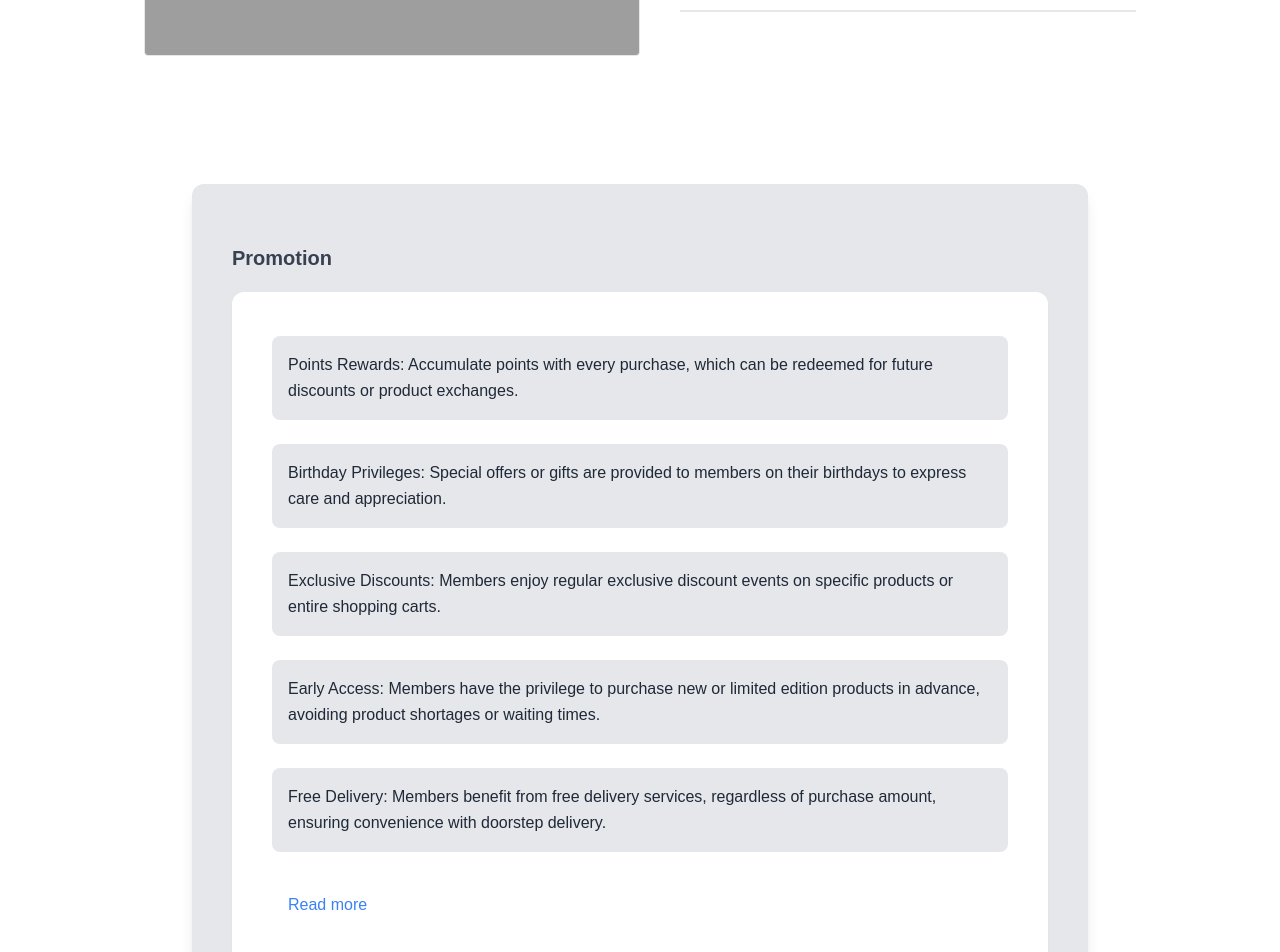
Repository: Harris132451/Final-Project-eShop
Page: /products/0.6MM THINLY WRAPPED PORK DUMPLING
An editor plug-in stored every save of this project. The page is shown before and after the next save, followed by the edit.
The browser window is 1280 px wide. The pictures show the part of the page from y = 838 to 1790 px (the page is 2191 px tall before and 2184 px after).
Pictures or frames that could not be fetched are drawn as grey boxes. The page's requests for data from a server got no answer. The project was rebuilt for these pictures with package versions that can differ from the ones it lists, and the page was loaded fresh each time. No one was signed in, and anything a server would have sent is missing. Also part of the build but not shown: src/Page/Component/controlNum.js, src/Page/Component/PCinCart.js, src/Page/Component/SC.js, src/Page/Component/Slider.js, src/Page/Component/Loading/Loader.css, src/Page/Home.js, src/Page/Component/TPinCart.js, src/Page/Checkout.js and 5 more.

Above is the page before, as saved 2024-04-14 23:43:53.

### src/Page/Footer.js
function Footer() {
  return (
    <>
      <div className="bg-blue-600 flex flex-wrap flex-col sm:flex-row justify-center content-center px-4 sm:px-6 lg:px-8 font-medium">
        <div className="my-1 mx-2 ">
          <h2 className="text-xl font-bold">Company</h2>
          <p>About us</p>
          <p>Return Policy</p>
          <p>Delivery Methods</p>
          <p>FAQ</p>
        </div>
        <div className="my-1 mx-2">
          <h2 className="text-xl font-bold">Contacts</h2>
          <p>📞 12345678</p>
          <p>✉️ test@test.com</p>
        </div>
        <div className="my-1 mx-2">
          <h2 className="text-xl font-bold">Location:</h2>
          <p>
            Unit 03, 7/F, Millennium Trade Centre, <br />
            56 Kwai Cheong Road, Kwai Chung, NT
          </p>
        </div>
        <iframe
          className="mx-4 my-1"
          title="googleMap"
          src="https://www.google.com/maps/embed?pb=!1m18!1m12!1m3!1d1844.869820108395!2d114.13131213825925!3d22.363457675390126!2m3!1f0!2f0!3f0!3m2!1i1024!2i768!4f13.1!3m3!1m2!1s0x3403f899dc5c5b03%3A0xee9460f1d7de935e!2z6JG15raM6JG15piM6LevNTbomZ_osr_mmJPkuYvpg70!5e0!3m2!1szh-TW!2shk!4v1712110406039!5m2!1szh-TW!2shk"
          width="200"
          height="200"
          loading="lazy"
          allowFullScreen=""
          referrerPolicy="no-referrer-when-downgrade"
        ></iframe>
      </div>
    </>
  );
}

export default Footer;

### src/Page/ProductPage.js
import React, { useState, useEffect } from "react";
import { Link, useParams } from 'react-router-dom';
import { item } from './Component/product';
import withLoader from "./Component/withLoader"
import Breadcrumb from "./Component/Breadcrumb"
import deliver from "./deliver-food-svgrepo-com.svg"
import gift from "./gift-svgrepo-com.svg"
import ProductPromotion from "./Component/productPromotion";

const ProductPage = (props) => {
  const [amount, setAmount] = useState(1);
  const { productPage } = useParams();
  const decodedProductPage = decodeURIComponent(productPage);
  const product = item.find((i) => i.name === decodedProductPage);

  if (!product) {
    return <div>Product not found</div>;
  }

  const breadcrumbItems = [
    { text: 'Home', href: '/' },
    { text: product.bigcategories, href: `/${product.bigcategories}` },
    { text: product.smallcategories, href: `/product/${product.smallcategories}` },
    { text: product.name }
  ];

  return (
    <section className="text-gray-700 overflow-hidden bg-white font-[sans-serif]">

      <div className="container px-5 py-24 mx-auto">
      <div className="text-4xl font-extrabold text-gray-800 mb-12">
        <Breadcrumb items={breadcrumbItems} />
      </div>
        <div className="lg:w-4/5 mx-auto flex flex-wrap">
          <img
            alt="ecommerce"
            className="lg:w-1/2 w-full object-cover object-center rounded border border-gray-200"
            src={product.picture}
          />
          <div className="lg:w-1/2 w-full lg:pl-10 lg:py-6 mt-6 lg:mt-0">
            <h2 className="text-sm title-font text-gray-500 tracking-widest">{product.bigcategories}</h2>
            <h1 className="text-gray-900 text-3xl title-font font-medium mb-1">{product.name}</h1>
            <div className="flex mb-4">
              <Link className="text-gray-600 ml-3">4 Reviews</Link>
            </div>
            <p className="leading-relaxed">Fam locavore kickstarter distillery. Mixtape chillwave tumeric sriracha taximy chia microdosing tilde DIY. XOXO fam indxgo juiceramps cornhole raw denim forage brooklyn. Everyday carry +1 seitan poutine tumeric. Gastropub blue bottle austin listicle pour-over, neutra jean shorts keytar banjo tattooed umami cardigan.</p>
            <div className="flex mt-6 items-center pb-5 border-b-2 border-gray-200 mb-5">
              <div className="flex">
                <span className="mr-3">Unit</span>
                <span className="mr-4">{product.unit}</span>
              </div>
            </div>
            <div className="flex mt-6 items-center pb-5 border-b-2 border-gray-200 mb-5">
              <span className="title-font font-medium text-2xl text-gray-900">${product.price}</span>
              <button className="flex ml-auto text-white bg-blue-500 border-0 py-2 px-6 focus:outline-none rounded hover:bg-white hover:text-blue-500 hover:border-blue-500 hover:scale-110 transition duration-300 ease-in-out"
               onClick={() => {
                let newData = { ...props.items };
                let acn = props.Account;
                console.log(newData);
                if (acn) {
                  let PNameArr = [];
                  newData[acn]["Cart"].forEach((c) => {
                    PNameArr.push(c.name);
                  });
                  console.log(PNameArr);
                  if (PNameArr.includes(product.name)) {
                    for (
                      let i = 0;
                      i < newData[acn]["Cart"].length;
                      i++
                    ) {
                      if (newData[acn]["Cart"][i].name === product.name) {
                        newData[acn]["Cart"][i].qty += 1;
                        props.updateCart(newData[acn]["Cart"][i]);
                      }
                    }
                  } else {
                    props.updateCart(product);
                  }
                }
                props.updateIsOpenCart(true);
              }} >Add to cart</button>
            </div>
            <div className="flex items-center justify-between mt-6 pb-5 border-b-2 border-gray-200 mb-5">
              <div className="flex items-center space-x-2">
                <img src={deliver} alt="deliver" className="w-5 h-5"/>
                <span>Home Delivery</span>
              </div>
              <div className="flex items-center space-x-2">
                <img src={gift} alt="gift" className="w-7 h-7"/>
                <span>Click & Collect</span>
              </div>
            </div>

          </div>
        </div>
      </div>

      <div className="flex flex-col items-center justify-center mt-8 space-y-8">
        <div className="container px-10 py-10 mx-auto bg-gray-200 shadow-lg max-w-4xl truncate inline-block rounded-xl">
          <h2 className="text-xl font-semibold py-5">Promotion</h2>
          <ProductPromotion />
        </div>
        <div className="text-lg font-semibold">Description</div>
        <div className="text-lg font-semibold">Reviews</div>
      </div>

    </section>
  );
};

export default withLoader(ProductPage);

### src/Page/Component/ScrollBtn.js
import React, { useState } from "react";
import { FaArrowCircleUp } from "react-icons/fa";

const ScrollButton = () => {
  const [visible, setVisible] = useState(false);

  const toggleVisible = () => {
    const scrolled = document.documentElement.scrollTop;
    if (scrolled > 300) {
      setVisible(true);
    } else if (scrolled <= 300) {
      setVisible(false);
    }
  };

  const scrollToTop = () => {
    window.scrollTo({
      top: 0,
      behavior: "smooth",
      /* you can also use 'auto' behaviour
		in place of 'smooth' */
    });
  };

  window.addEventListener("scroll", toggleVisible);

  return (
    <button className="fixed  right-8 bottom-4 h-20 text-5xl z-10 cursor-pointer text-blue-300">
      <FaArrowCircleUp
        onClick={scrollToTop}
        style={{ display: visible ? "inline" : "none" }}
      />
    </button>
  );
};

export default ScrollButton;

### src/firebase/firebase.js
// Import the functions you need from the SDKs you need
import { initializeApp } from "firebase/app";
/* import { getAnalytics } from "firebase/analytics"; */
import { getAuth } from "firebase/auth";
// TODO: Add SDKs for Firebase products that you want to use
// https://firebase.google.com/docs/web/setup#available-libraries

// Your web app's Firebase configuration
// For Firebase JS SDK v7.20.0 and later, measurementId is optional

import { getFirestore } from "firebase/firestore";

const firebaseConfig = {
  apiKey: "AIzaSyAlfQxAV01MKSUnffMtmq6bTksAcXSNuSA",
  authDomain: "generation-group-eshop.firebaseapp.com",
  projectId: "generation-group-eshop",
  storageBucket: "generation-group-eshop.appspot.com",
  messagingSenderId: "551318279692",
  appId: "1:551318279692:web:44d464660b5437ef994029",
  measurementId: "G-LWZBK7E1JY",
};

// Initialize Firebase
export const app = initializeApp(firebaseConfig);
/* const analytics = getAnalytics(app); */

// Initialize Firebase Authentication and get a reference to the service
export const auth = getAuth(app);

export const db = getFirestore(app);

### src/Page/Component/Weather.js
function Weather(props) {
  const temperature = props.temperature;
  const weather = props.weather;

  return (
    <>
      <div className="flex mr-6 sm:mr-3">
        <div class="mr-1 mt-0.5 text-xl text-white sm:text-lg sm:mt-0">
          {temperature}°C
        </div>
        <div className="h-8 w-8 sm:h-7 sm:w-7">
          {weather === "normal" && <img src="normal.png" alt="normal" />}
          {weather === "cold" && <img src="cold.png" alt="cold" />}
          {weather === "hot" && <img src="hot.png" alt="hot" />}
        </div>
      </div>
    </>
  );
}

export default Weather;

### src/Page/Component/input.js
import { useEffect, useState, useRef } from "react";
import { item } from "./product.js";

function NameButton(n) {
  console.log(n);
}

const Inputbox = function () {
  const [Word, setWord] = useState("");
  const [BtnWord, setBtnWord] = useState("");
  const [IsBtnVisible, setIsBtnVisible] = useState(false);
  const [IsSerachBtn, setIsSerachBtn] = useState(false);
  const [ResultName, setResultName] = useState([]);
  const [BtnResultName, setBtnResultName] = useState([]);
  const [windowWidth, setWindowWidth] = useState(window.innerWidth);
  function InputName(name) {
    setWord(name.target.value);
  }
  function InputBtnName(name) {
    setBtnWord(name.target.value);
  }
  useEffect(() => {
    const InputKey = Word.replace(" ", "").toLowerCase();
    const NameArr = [];
    item.map((p) => {
      if (
        p.name.replace(" ", "").toLowerCase().indexOf(InputKey) !== -1 &&
        InputKey !== ""
      ) {
        NameArr.push(p.name);
      }
    });
    setIsBtnVisible(true);
    setResultName(NameArr);
  }, [Word]);

  useEffect(() => {
    const InputKey = BtnWord.replace(" ", "").toLowerCase();
    const NameArr = [];
    item.map((p) => {
      if (
        p.name.replace(" ", "").toLowerCase().indexOf(InputKey) !== -1 &&
        InputKey !== ""
      ) {
        NameArr.push(p.name);
      }
    });
    setBtnResultName(NameArr);
  }, [BtnWord]);

  const inputRef = useRef(null);
  useEffect(() => {
    const handleClickOutside = (event) => {
      if (inputRef.current && !inputRef.current.contains(event.target)) {
        setBtnWord("");
        setBtnResultName([]);
        setWord("");
        setResultName([]);
        setIsBtnVisible(false);
        setIsSerachBtn(false);
      }
    };

    document.addEventListener("mousedown", handleClickOutside);

    return () => {
      document.removeEventListener("mousedown", handleClickOutside);
    };
  }, [inputRef]);

  useEffect(() => {
    const handleResize = () => {
      setWindowWidth(window.innerWidth);
    };
    window.addEventListener("resize", handleResize);
    if (window.innerWidth >= 1024) {
      setIsSerachBtn(false);
      setBtnWord("");
      setBtnResultName([]);
    } else {
      setWord("");
      setResultName([]);
    }
    return () => {
      window.removeEventListener("resize", handleResize);
    };
  }, [window.innerWidth]);

  return (
    <>
      <div class="flex lg:border-solid">
        <div>
          <div class="pt-5 h-auto w-6 m-2 hidden lg:block">
            <img src="/SerachBtn.png" />
          </div>
        </div>
        <div class="pt-7 block lg:hidden z-50">
          <button
            onClick={() => {
              setIsSerachBtn(!IsSerachBtn);
            }}
          >
            <div class="h-auto w-6 ml-2 ">
              <img src="/SerachBtn.png" />
            </div>
          </button>
          {IsSerachBtn && window.innerWidth < 1024 && (
            <div class="flex flex-col pt-2 ">
              <div class="bg-white rounded-md shadow-lg">
                <div class="flex flex-wrap">
                  <input
                    ref={inputRef}
                    onChange={(b) => InputBtnName(b)}
                    class="h-8 w-72 m-1 p-2 border rounded-md border-blue-900"
                  ></input>
                  {BtnResultName.length > 0 && (
                    <div class="overflow-scroll h-96">
                      {BtnResultName.map((n) => {
                        return (
                          <button
                            key={n}
                            onClick={() => NameButton(n)}
                            class="w-72 m-1 p-2 rounded-md text-blue-900 hover:bg-blue-200"
                          >
                            <div class="text-left">{n}</div>
                          </button>
                        );
                      })}
                    </div>
                  )}
                </div>
              </div>
            </div>
          )}
        </div>
        {window.innerWidth >= 1024 && (
          <div class="flex flex-col pt-6 ">
            <input
              ref={inputRef}
              onChange={(b) => InputName(b)}
              class="w-72 border-2 border-blue-700  rounded-full bg-blue-800 text-white px-5 opacity-80 text-lg"
            ></input>
            {ResultName.length > 0 && IsBtnVisible && (
              <div class="bg-white z-50 rounded-md shadow-lg pt-2 ">
                <div class="flex flex-wrap">
                  <div class="overflow-scroll h-96">
                    {ResultName.map((n) => {
                      return (
                        <button
                          key={n}
                          onClick={() => NameButton(n)}
                          class="w-96 m-1 p-2 rounded-md text-blue-900 hover:bg-blue-200"
                        >
                          <div class="text-left">{n}</div>
                        </button>
                      );
                    })}
                  </div>
                </div>
              </div>
            )}
          </div>
        )}
      </div>
    </>
  );
};

export default Inputbox;

### src/Page/Component/categoriesData.js
export const categories =
[
    {
     "id": 1,
     "Name": "Drink",
     "Parent": 1
    },
    {
     "id": 2,
     "Name": "Snack",
     "Parent": 2
    },
    {
     "id": 3,
     "Name": "Chilled",
     "Parent": 3
    },
    {
     "id": 4,
     "Name": "liquor",
     "Parent": 1
    },
    {
     "id": 5,
     "Name": "water",
     "Parent": 1
    },
    {
     "id": 6,
     "Name": "Ready-to-drink tea, coffee, milk tea",
     "Parent": 1
    },
    {
     "id": 7,
     "Name": "Milk and cheese drinks",
     "Parent": 1
    },
    {
     "id": 8,
     "Name": "Japanese & Korea Snack",
     "Parent": 2
    },
    {
     "id": 9,
     "Name": "Chocolate",
     "Parent": 2
    },
    {
     "id": 10,
     "Name": "Meat Snack",
     "Parent": 2
    },
    {
     "id": 11,
     "Name": "Chinese Bakery & Egg Roll",
     "Parent": 2
    },
    {
     "id": 12,
     "Name": "Seafood",
     "Parent": 3
    },
    {
     "id": 13,
     "Name": "Meat",
     "Parent": 3
    },
    {
     "id": 14,
     "Name": "Vegetarian",
     "Parent": 3
    },
    {
     "id": 15,
     "Name": "Dumpling",
     "Parent": 3
    }
   ]

### src/Page/Component/withLoader.js
import React, { useState, useEffect } from 'react';
import Loader from './Loading/Loader';

const withLoader = (WrappedComponent) => {
  return (props) => {
    const [isLoading, setIsLoading] = useState(true);

    useEffect(() => {
      const timer = setTimeout(() => {
        setIsLoading(false);
      }, 1000);

      return () => {
        clearTimeout(timer);
      };
    }, []);

    return (
      <div>
        {isLoading ? <Loader /> : <WrappedComponent {...props} />}
      </div>
    );
  };
};

export default withLoader;

### src/Page/Component/Breadcrumb.js
import React from 'react';

const Breadcrumb = ({ items }) => {
  return (
    <nav className="flex" aria-label="Breadcrumb">
      <ol className="inline-flex items-center space-x-1 md:space-x-2 rtl:space-x-reverse">
        <li>
          <div className="flex items-center">
            {items.map((item, index) => (
              <React.Fragment key={index}>
                {index !== 0 && (
                  <svg className="rtl:rotate-180 w-3 h-3 text-gray-400 mx-1" aria-hidden="true" xmlns="http://www.w3.org/2000/svg" fill="none" viewBox="0 0 6 10">
                    <path stroke="currentColor" strokeLinecap="round" strokeLinejoin="round" strokeWidth="2" d="m1 9 4-4-4-4"/>
                  </svg>
                )}
                {index === 0 ? (
                  <a href={item.href} className="inline-flex items-center text-sm font-medium text-gray-700 hover:text-blue-600 dark:text-gray-400 dark:hover:text-white">
                    <svg className="w-3 h-3 me-2.5" aria-hidden="true" xmlns="http://www.w3.org/2000/svg" fill="currentColor" viewBox="0 0 20 20">
                      <path d="m19.707 9.293-2-2-7-7a1 1 0 0 0-1.414 0l-7 7-2 2a1 1 0 0 0 1.414 1.414L2 10.414V18a2 2 0 0 0 2 2h3a1 1 0 0 0 1-1v-4a1 1 0 0 1 1-1h2a1 1 0 0 1 1 1v4a1 1 0 0 0 1 1h3a2 2 0 0 0 2-2v-7.586l.293.293a1 1 0 0 0 1.414-1.414Z"/>
                    </svg>
                    {item.text}
                  </a>
                ) : (
                  index === items.length - 1 ? (
                    <span className="text-sm font-medium text-gray-700 dark:text-gray-400">{item.text}</span>
                  ) : (
                    <a href={item.href} className="inline-flex items-center text-sm font-medium text-gray-700 hover:text-blue-600 dark:text-gray-400 dark:hover:text-white">
                      {item.text}
                    </a>
                  )
                )}
              </React.Fragment>
            ))}
          </div>
        </li>
      </ol>
    </nav>
  );
};

export default Breadcrumb;

### src/Page/Component/productPromotion.js
import React, { useState } from 'react';

function ProductPromotion() {
  const [expanded, setExpanded] = useState(false);
  const [styleEnabled, setStyleEnabled] = useState(false);

  const toggleExpandedWithPreventDefault = (event) => {
    event.preventDefault();
    setExpanded(!expanded);
  };

  const promoContent = [
    "Points Rewards: Accumulate points with every purchase, which can be redeemed for future discounts or product exchanges.",
    "Birthday Privileges: Special offers or gifts are provided to members on their birthdays to express care and appreciation.",
    "Exclusive Discounts: Members enjoy regular exclusive discount events on specific products or entire shopping carts.",
    "Early Access: Members have the privilege to purchase new or limited edition products in advance, avoiding product shortages or waiting times.",
    "Free Delivery: Members benefit from free delivery services, regardless of purchase amount, ensuring convenience with doorstep delivery.",
    "VIP Customer Service: Providing faster and superior customer service to members, including dedicated hotlines or online support.",
    "Rebate Programs: Earn a certain percentage of rebates on purchases, which can be used for future shopping or cashed out.",
    "Double Points Day: Regularly hold double or multiple points days, where members receive double or more points for purchases during this period.",
    "Eligibility for Member Activities: Participation in specific promotions, gifts, or draw events is limited to members.",
    "Exclusive Events and Packages: Periodically host member-exclusive events and provide exclusive gift packages or gifts."
  ];

  return (
    <div className="container px-10 py-5 mx-auto bg-white shadow-sm rounded-xl max-w-4xl truncate inline-block">
      {promoContent.slice(0, expanded ? promoContent.length : 5).map((content, index) => (
        <div key={index} className="product-promotion-item my-6 leading-relaxed text-gray-800 truncate transition duration-500 hover:bg-gray-100 hover:text-blue-500 hover:shadow-lg rounded-lg p-4 whitespace-normal bg-gray-200">{content}</div>
      ))}
      {!expanded &&
        <div className={`my-6 leading-relaxed text-gray-800 truncate transition duration-500 ${styleEnabled ? 'hover:bg-gray-100 hover:text-blue-500 hover:shadow-lg' : ''} rounded-lg p-4 whitespace-normal`}>
          <a href="#" className="text-blue-500 hover:underline" onClick={toggleExpandedWithPreventDefault}>Read more</a>
        </div>
      }
    </div>
  );
}

export default ProductPromotion;

### src/Page/Component/Loading/Loader.js
import React from 'react';
import './Loader.css';

const Loader = () => {
    return (
      <div className="h-64 flex items-center justify-center mx-auto">
        <div className="loader">
          <div className="loader-wheel"></div>
        </div>
      </div>
    );
  };

  export default Loader;

Loaded but not shown: public/index.html (common file); src/index.js (common file); src/index.css (common file); src/reportWebVitals.js (common file); tailwind.config.js (common file); src/Page/Component/product.js (327 lines, source omitted); src/Page/Header.js (235 lines, source omitted); src/App.js (207 lines, source omitted)

After the next save:
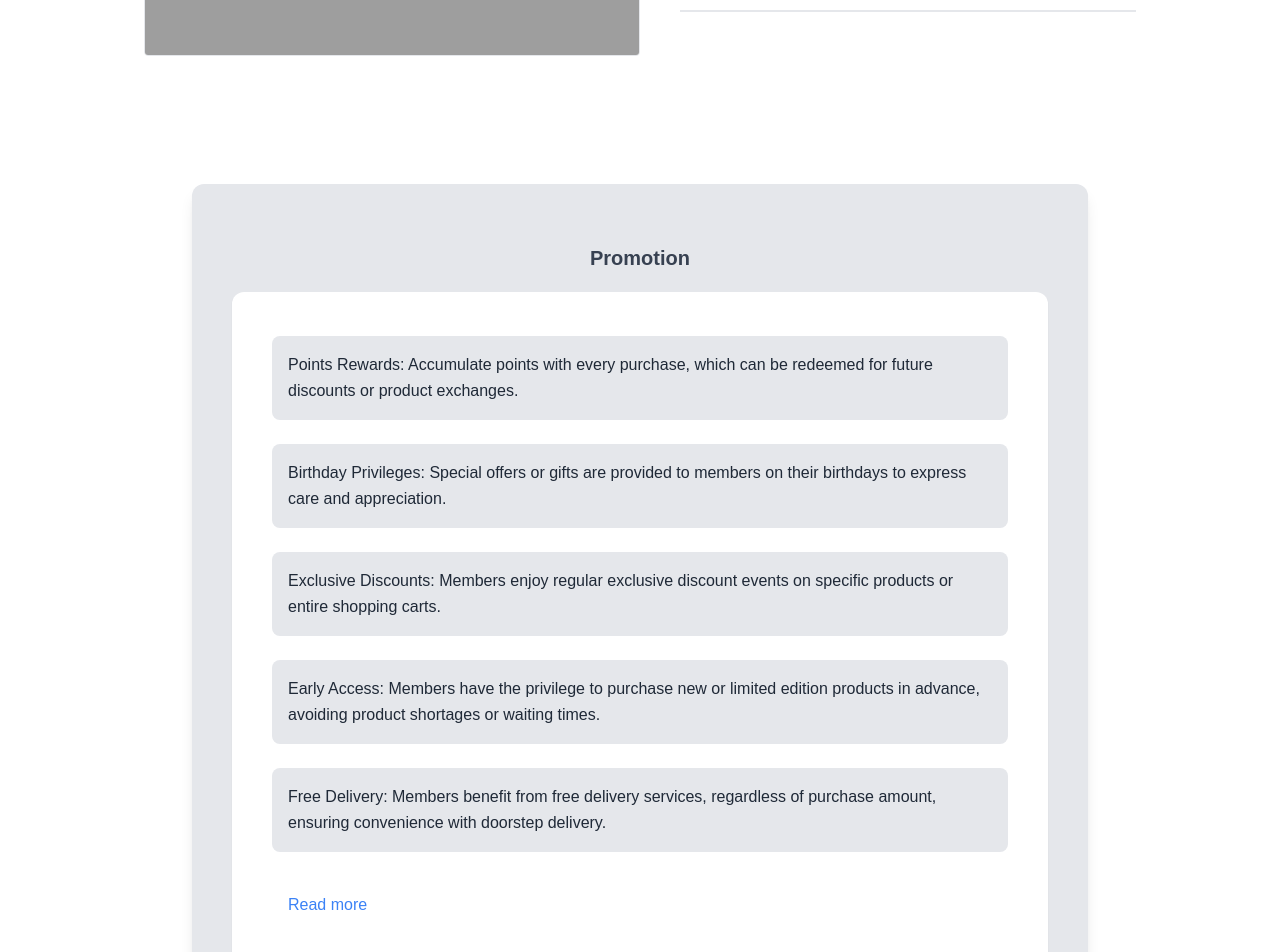
Saved 67 s later.
--- a/src/Page/ProductPage.js
+++ b/src/Page/ProductPage.js
@@ -97,7 +97,7 @@ const ProductPage = (props) => {
       </div>
 
       <div className="flex flex-col items-center justify-center mt-8 space-y-8">
-        <div className="container px-10 py-10 mx-auto bg-gray-200 shadow-lg max-w-4xl truncate inline-block rounded-xl">
+        <div className="flex flex-col items-center justify-center px-10 py-10 mx-auto bg-gray-200 shadow-lg max-w-4xl truncate inline-block rounded-xl">
           <h2 className="text-xl font-semibold py-5">Promotion</h2>
           <ProductPromotion />
         </div>
